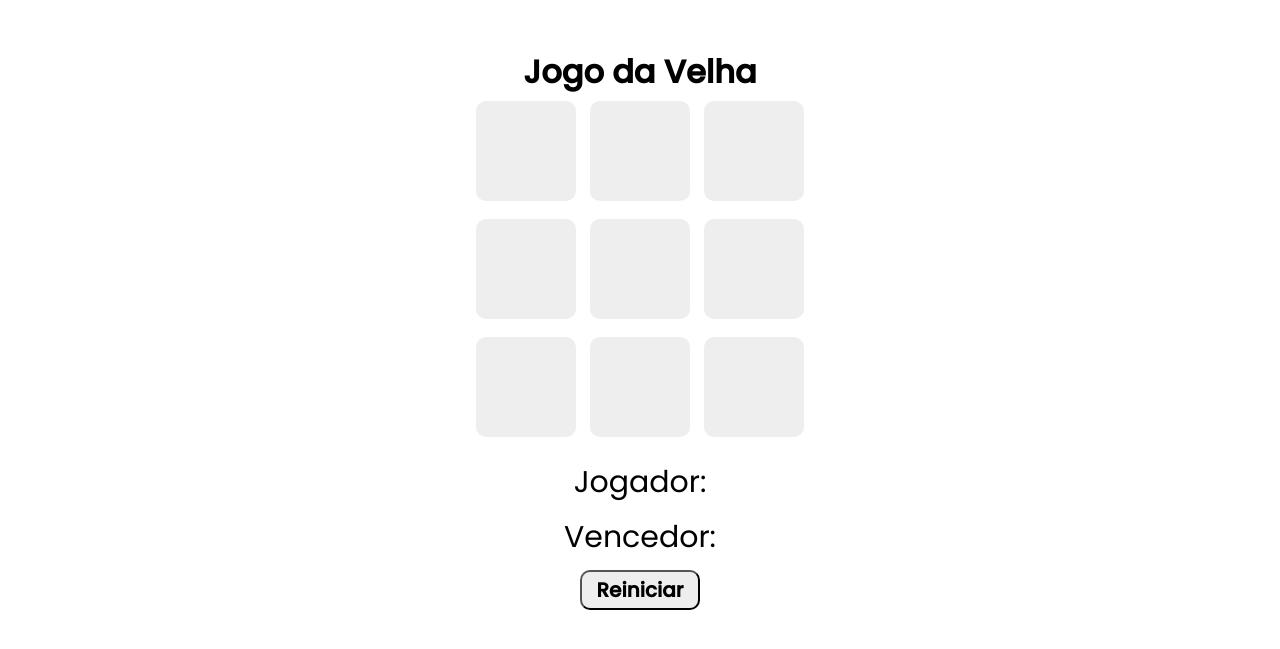
Repository: guilhermecardoso93/jogodavelha
Page: index.html
The author's editor kept a copy of each file at every save. The page is drawn from the files as they stood at one save, then again after the next save.
The browser window is 1280 px wide. The pictures show the whole page.

Above is the page before, as saved 2023-05-31 21:55:57.

After the next save:
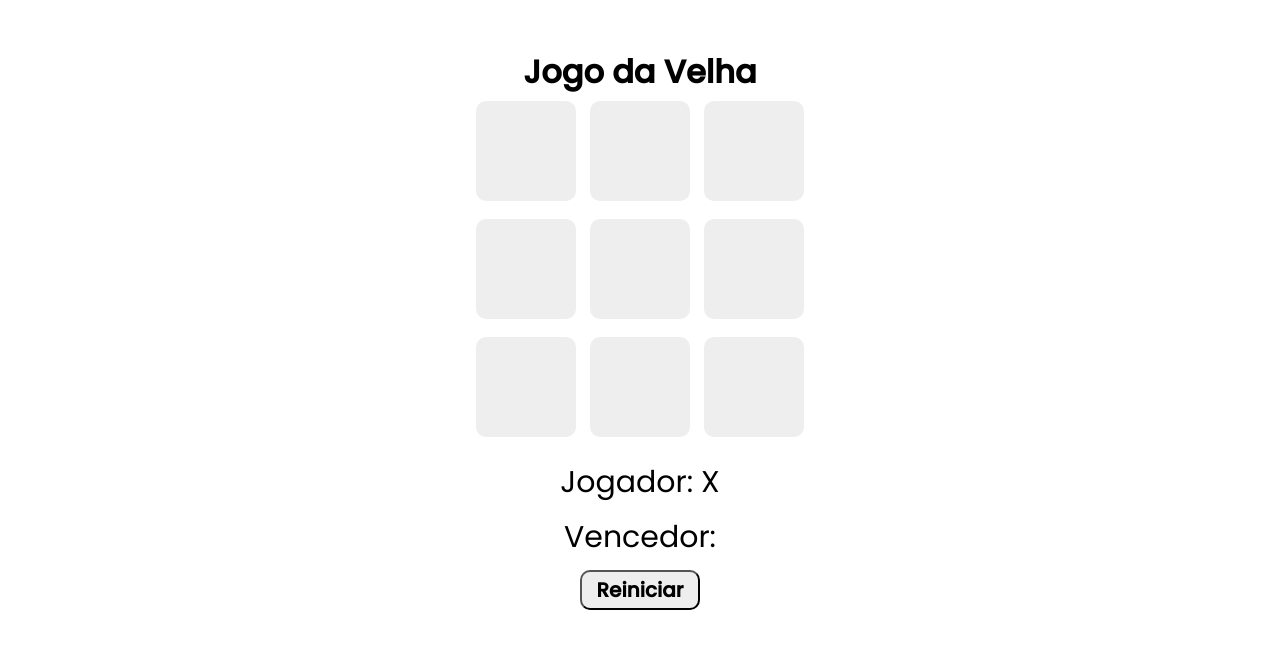
Saved 31 s later.
--- a/script.js
+++ b/script.js
@@ -1,6 +1,9 @@
 
 var player = null
 const playerSelected = document.getElementById('player-select')
+
+
+changePlayer(value = 'X')
 
 function chooseSquad(id) {
   const squad = document.getElementsByClassName('squad')
